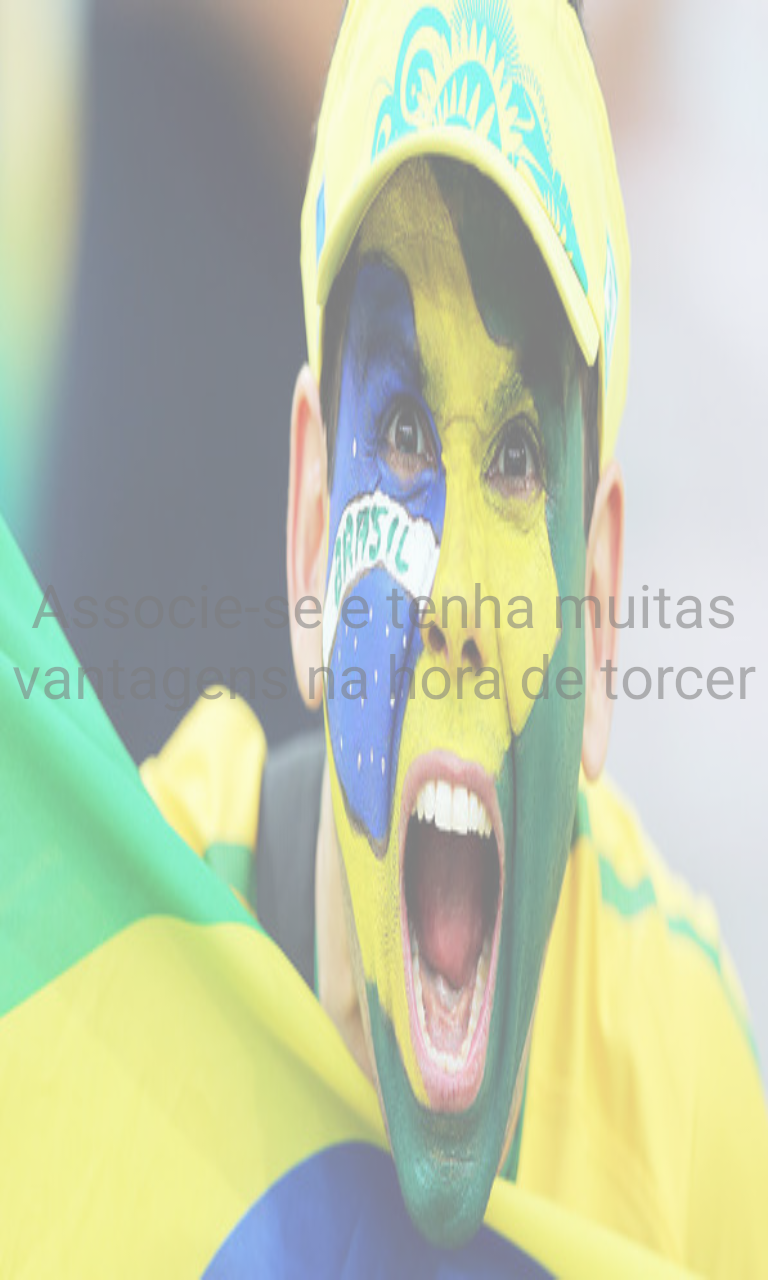
Repository: wellingtondessuy/AppLearning
Layout: HappyApp/res/layout/fragment_2.xml
An editor plug-in stored every save of this project. The layout is shown before and after the next save, followed by the edit.
It is drawn on a 768 x 1280 px phone screen (xhdpi) without system bars, with theme AppTheme; the app's code is not run.

Above is the layout before, as saved 2015-05-22 14:21:33.

### HappyApp/res/layout/fragment_2.xml
<RelativeLayout xmlns:android="http://schemas.android.com/apk/res/android"
    xmlns:tools="http://schemas.android.com/tools"
    android:layout_width="match_parent"
    android:layout_height="match_parent"
    android:background="@drawable/back_1"
    android:alpha="0.5"
    tools:context="com.example.happyapp.MainActivity$PlaceholderFragment" >

    <TextView
	    android:text="@string/presentation1"
	    android:textSize="30sp"
	    android:layout_width="match_parent"
	    android:layout_height="match_parent"
	    android:gravity="center"
	    />

</RelativeLayout>

### HappyApp/res/values/strings.xml
<?xml version="1.0" encoding="utf-8"?>
<resources>

    <string name="app_name">HappyApp</string>
    <string name="title_section1">Section 1</string>
    <string name="title_section2">Section 2</string>
    <string name="title_section3">Section 3</string>
    <string name="hello_world">Hello world!</string>
    <string name="action_settings">Settings</string>
    <string name="signup">Quero ser sócio!</string>
    <string name="login">Já sou sócio</string>
    <string name="presentation1">Associe-se e tenha muitas vantagens na hora de torcer</string>
	<string name="presentation2">Vantagem blabla</string>
    <string name="presentation3">Vantagem blabla</string>
    <string name="presentation4">Vantagem blabla</string>
    <string name="presentation5">Vantagem blabla</string>

</resources>

Loaded but not shown: HappyApp/res/values/styles.xml (common file); HappyApp/res/values-v11/styles.xml (common file); HappyApp/res/values-v14/styles.xml (common file)

After the next save:
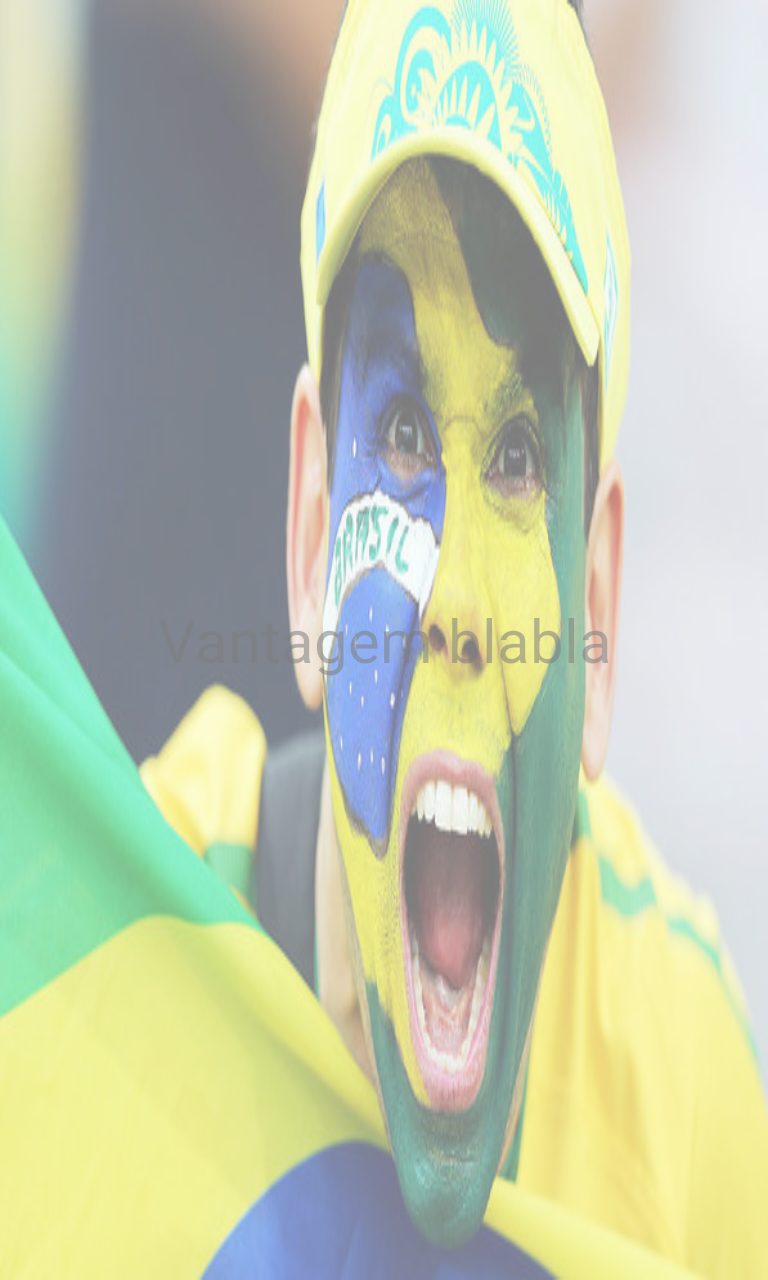
Saved 14 s later.
--- a/HappyApp/res/layout/fragment_2.xml
+++ b/HappyApp/res/layout/fragment_2.xml
@@ -7,7 +7,7 @@
     tools:context="com.example.happyapp.MainActivity$PlaceholderFragment" >
 
     <TextView
-	    android:text="@string/presentation1"
+	    android:text="@string/presentation2"
 	    android:textSize="30sp"
 	    android:layout_width="match_parent"
 	    android:layout_height="match_parent"
